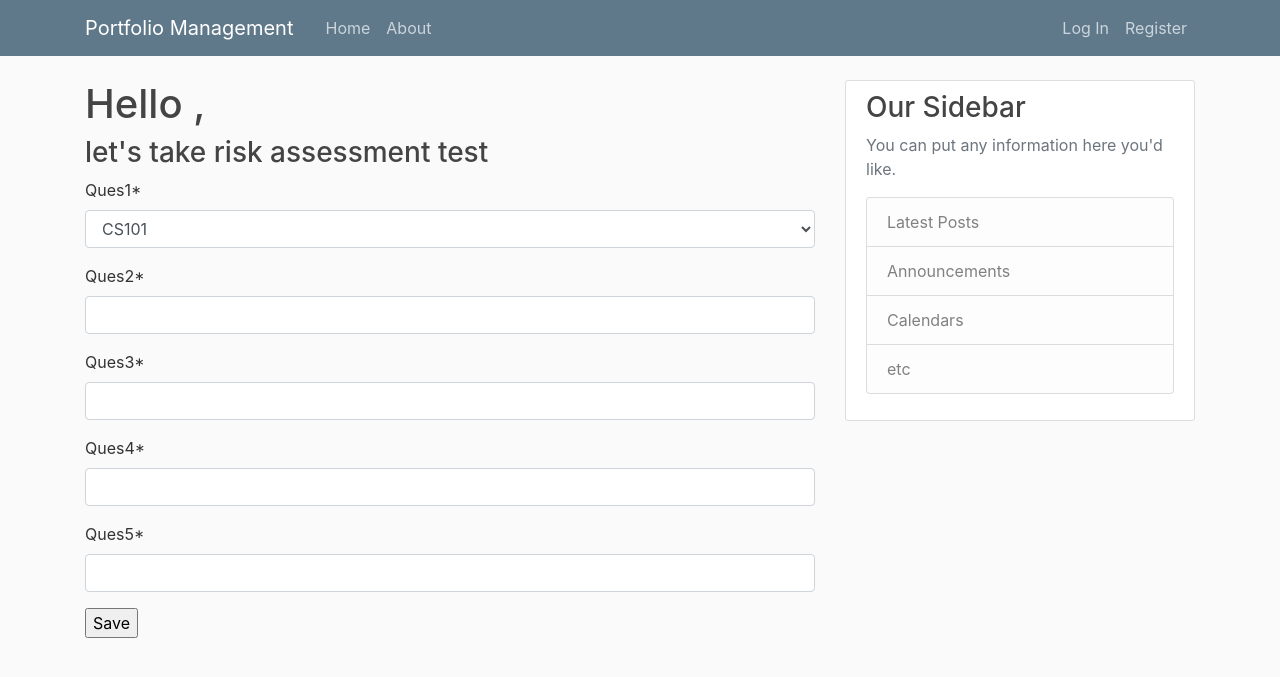
Repository: rahulsolankib/portfolio
Page: http://localhost/questions/
An editor plug-in stored every save of this project. The page is shown before and after the next save, followed by the edit.
The browser window is 1280 px wide. The pictures show the whole page.
The page is served by the project's application, run on Django 3.2 (manage.py). Other server files are loaded and not shown.

Above is the page before, as saved 2020-10-20 00:20:48.

### riskCalculator/templates/riskCalculator/questions.html
{% extends "startPage/base.html" %}
{% load crispy_forms_tags %}
{% crispy example_form %}


{% block content %}
    <h1>Hello {{user.username}},</h1>
    <h3>let's take risk assessment test</h3>
    <form method='POST'>
        {% csrf_token %}
        {{formRec | crispy}}

        <input type='submit' value="Save" />
    </form>

{% endblock content %}

### startPage/templates/startPage/base.html
{% load static %}
<!DOCTYPE html>
<html>
<head>
    <meta charset="utf-8">
    <meta name="viewport" content="width=device-width, initial-scale=1, shrink-to-fit=no">

    <!-- Bootstrap CSS -->
    <link rel="stylesheet" href="https://stackpath.bootstrapcdn.com/bootstrap/4.5.2/css/bootstrap.min.css" integrity="sha384-JcKb8q3iqJ61gNV9KGb8thSsNjpSL0n8PARn9HuZOnIxN0hoP+VmmDGMN5t9UJ0Z" crossorigin="anonymous">

    <link rel="stylesheet" type="text/css" href="{% static 'startPage/main.css' %}">
    {% if title %}
        <title>Django - {{title}}</title>
    {% else %}
        <title>Django</title>
    {% endif %}
</head>
<body>
    <header class="site-header">
        <nav class="navbar navbar-expand-md navbar-dark bg-steel fixed-top">
            <div class="container">
            <a class="navbar-brand mr-4" href="{% url 'Start-Page' %}">Portfolio Management</a>
            <button class="navbar-toggler" type="button" data-toggle="collapse" data-target="#navbarToggle" aria-controls="navbarToggle" aria-expanded="false" aria-label="Toggle navigation">
            <span class="navbar-toggler-icon"></span>
            </button>
            <div class="collapse navbar-collapse" id="navbarToggle">
                <div class="navbar-nav mr-auto">
                <a class="nav-item nav-link" href="{% url 'Start-Page' %}">Home</a>
                <a class="nav-item nav-link" href="{% url 'About-Page' %}">About</a>
                {% if user.is_authenticated %}
                    <a class="nav-item nav-link" href="{% url 'questions' %}">Risk-Assessment</a>
                {% endif%}
                </div>
                <!-- Navbar Right Side -->
                <div class="navbar-nav">
                {% if user.is_authenticated %}
                    <a class="nav-item nav-link" href="{% url 'profile' %}">@{{user.username}}</a>
                    <a class="nav-item nav-link" href="{% url 'logout' %}">Log Out</a>
                {% else %}
                    <a class="nav-item nav-link" href="{% url 'login' %}">Log In</a>
                    <a class="nav-item nav-link" href="{% url 'register' %}">Register</a>
                {% endif%}
                </div>
            </div>
            </div>
        </nav>
    </header>
    <main role="main" class="container">
        <div class="row">
            <div class="col-md-8">
                {% if messages %}
                    {% for message in messages%}
                        <div class="alert alert-{{message.tags}}">
                            {{message}}
                        </div>
                    {% endfor %}
                {% endif %}
                {% block content %}{% endblock %}
            </div>
            <div class="col-md-4">
            <div class="content-section">
                <h3>Our Sidebar</h3>
                <p class='text-muted'>You can put any information here you'd like.
                <ul class="list-group">
                    <li class="list-group-item list-group-item-light">Latest Posts</li>
                    <li class="list-group-item list-group-item-light">Announcements</li>
                    <li class="list-group-item list-group-item-light">Calendars</li>
                    <li class="list-group-item list-group-item-light">etc</li>
                </ul>
                </p>
            </div>
            </div>
        </div>
    </main>


    <script src="https://code.jquery.com/jquery-3.5.1.slim.min.js" integrity="sha384-DfXdz2htPH0lsSSs5nCTpuj/zy4C+OGpamoFVy38MVBnE+IbbVYUew+OrCXaRkfj" crossorigin="anonymous"></script>
    <script src="https://cdn.jsdelivr.net/npm/popper.js@1.16.1/dist/umd/popper.min.js" integrity="sha384-9/reFTGAW83EW2RDu2S0VKaIzap3H66lZH81PoYlFhbGU+6BZp6G7niu735Sk7lN" crossorigin="anonymous"></script>
    <script src="https://stackpath.bootstrapcdn.com/bootstrap/4.5.2/js/bootstrap.min.js" integrity="sha384-B4gt1jrGC7Jh4AgTPSdUtOBvfO8shuf57BaghqFfPlYxofvL8/KUEfYiJOMMV+rV" crossorigin="anonymous"></script>
</body>
</html>

### riskCalculator/forms.py
from django import forms

from .models import Que,RiskModel


class QForm(forms.Form):
    subject_code=(
            ('1','CS101')
            ,('2','CS102')
            ,('3','CS103')
            ,('4','CS104')
            ,('5','CS105')
            ,('6','CS106')
    )

    ques1 = forms.TypedChoiceField(choices=subject_code, coerce=int, initial=1)
    ques2 = forms.CharField()
    ques3 = forms.CharField()
    ques4 = forms.CharField()
    ques5 = forms.CharField()


class QueForm(forms.ModelForm):
    class Meta:
        model = Que
        fields = ['ques1','ques2','ques3','ques4','ques5']


class RiskForm(forms.ModelForm):
    class Meta:
        model = RiskModel
        fields = ['userid','risk_score']

### riskCalculator/models.py
from django.db import models
# from user.forms import User

# Create your models here.
class Que(models.Model):
    ques1 = models.CharField(max_length=120)
    ques2 = models.CharField(max_length=120)
    ques3 = models.CharField(max_length=120)
    ques4 = models.CharField(max_length=120)
    ques5 = models.CharField(max_length=120)

class RiskModel(models.Model):
    userid = models.IntegerField(unique=True)
    risk_score = models.DecimalField(
                         max_digits = 5,
                         decimal_places = 2)

### riskCalculator/views.py
from django.shortcuts import render
from .forms import QueForm,RiskForm,QForm

from .models import RiskModel

def questions(request):
    formRec = QForm(request.POST or None)
    context = {
        'formRec': formRec
    }
    userid = request.user.id


    data = {'userid' : userid, 'risk_score':32}
    form = RiskForm(data)
    if form.is_valid():
        profile = form.save(commit = True)
        profile.user = request.user
        profile.save()

    return render(request,'riskCalculator/questions.html',context)

### portfolio/urls.py
"""portfolio URL Configuration

The `urlpatterns` list routes URLs to views. For more information please see:
    https://docs.djangoproject.com/en/3.1/topics/http/urls/
Examples:
Function views
    1. Add an import:  from my_app import views
    2. Add a URL to urlpatterns:  path('', views.home, name='home')
Class-based views
    1. Add an import:  from other_app.views import Home
    2. Add a URL to urlpatterns:  path('', Home.as_view(), name='home')
Including another URLconf
    1. Import the include() function: from django.urls import include, path
    2. Add a URL to urlpatterns:  path('blog/', include('blog.urls'))
"""
from django.contrib import admin
from django.contrib.auth import views as auth_views
from django.urls import path,include
from user import views as user_views
from riskCalculator import views as riskCalculator_views

urlpatterns = [
    path('admin/', admin.site.urls),
    path('register/',user_views.register,name='register'),
    path('profile/',user_views.profile,name='profile'),
    path('',include('startPage.urls')),
    path('login/',auth_views.LoginView.as_view(template_name="user/login.html"),name='login'),
    path('logout/',auth_views.LogoutView.as_view(template_name="user/logout.html"),name='logout'),
    path('questions/',riskCalculator_views.questions,name='questions')
]

### startPage/urls.py
from django.urls import path
from . import views

urlpatterns = [
    path('', views.home,name="Start-Page"),
    path('about/', views.about,name="About-Page"),
]

### startPage/static/startPage/main.css
body {
    background: #fafafa;
    color: #333333;
    margin-top: 5rem;
  }

  h1, h2, h3, h4, h5, h6 {
    color: #444444;
  }

  ul {
    margin: 0;
  }

  .bg-steel {
    background-color: #5f788a;
  }

  .site-header .navbar-nav .nav-link {
    color: #cbd5db;
  }

  .site-header .navbar-nav .nav-link:hover {
    color: #ffffff;
  }

  .site-header .navbar-nav .nav-link.active {
    font-weight: 500;
  }

  .content-section {
    background: #ffffff;
    padding: 10px 20px;
    border: 1px solid #dddddd;
    border-radius: 3px;
    margin-bottom: 20px;
  }

  .article-title {
    color: #444444;
  }

  a.article-title:hover {
    color: #428bca;
    text-decoration: none;
  }

  .article-content {
    white-space: pre-line;
  }

  .article-img {
    height: 65px;
    width: 65px;
    margin-right: 16px;
  }

  .article-metadata {
    padding-bottom: 1px;
    margin-bottom: 4px;
    border-bottom: 1px solid #e3e3e3
  }

  .article-metadata a:hover {
    color: #333;
    text-decoration: none;
  }

  .article-svg {
    width: 25px;
    height: 25px;
    vertical-align: middle;
  }

  .account-img {
    height: 125px;
    width: 125px;
    margin-right: 20px;
    margin-bottom: 16px;
  }

  .account-heading {
    font-size: 2.5rem;
  }

After the next save:
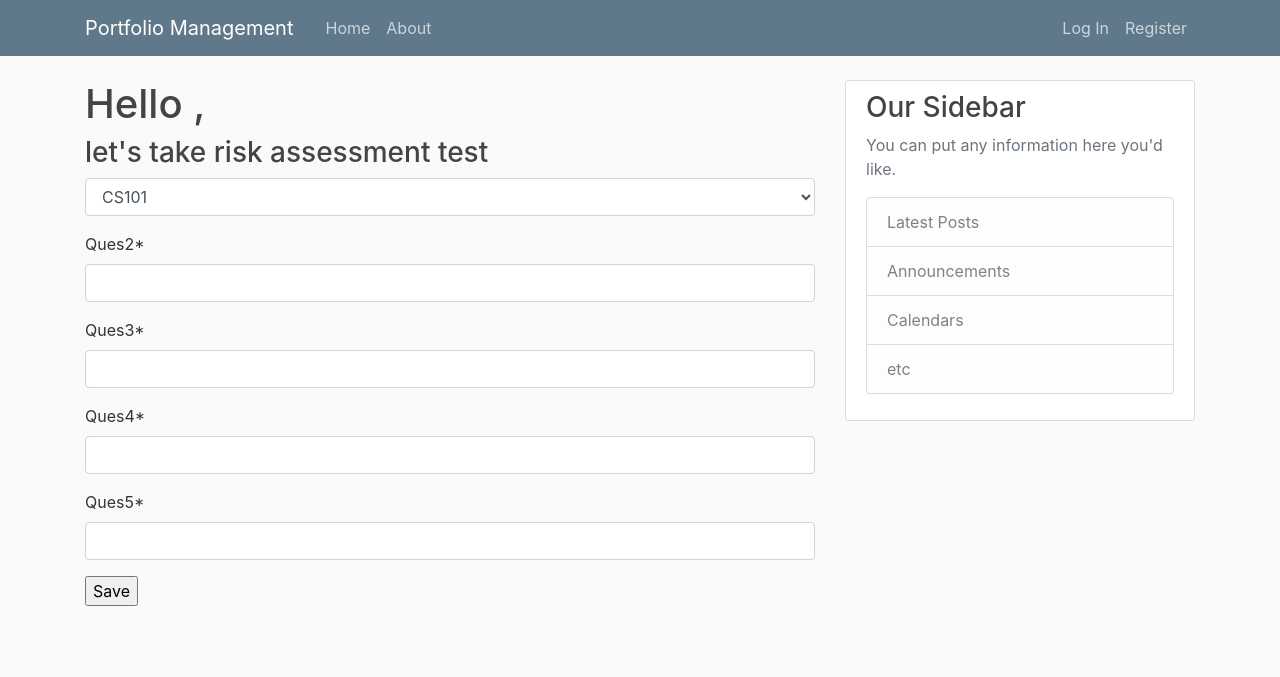
Saved 41 s later.
--- a/riskCalculator/forms.py
+++ b/riskCalculator/forms.py
@@ -13,7 +13,7 @@
             ,('6','CS106')
     )
 
-    ques1 = forms.TypedChoiceField(choices=subject_code, coerce=int, initial=1)
+    ques1 = forms.TypedChoiceField(label='',choices=subject_code, coerce=int, initial=1)
     ques2 = forms.CharField()
     ques3 = forms.CharField()
     ques4 = forms.CharField()

After the save that followed:
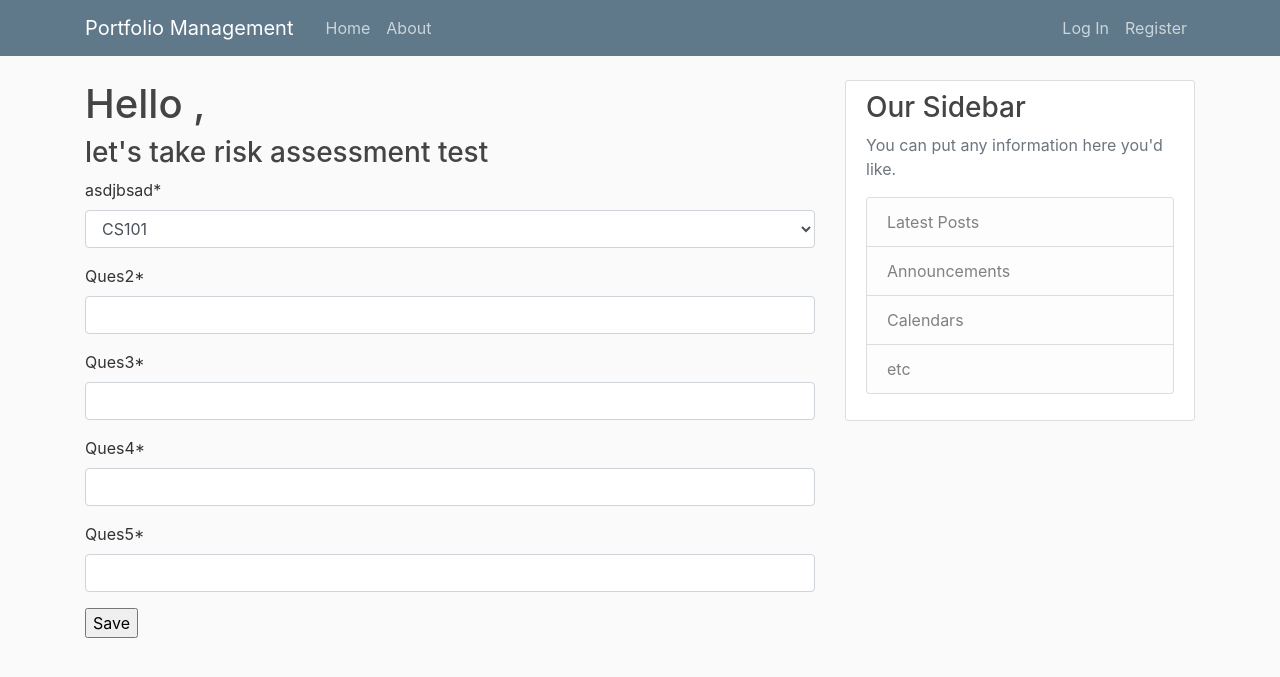
Saved 17 s later.
--- a/riskCalculator/forms.py
+++ b/riskCalculator/forms.py
@@ -13,7 +13,7 @@
             ,('6','CS106')
     )
 
-    ques1 = forms.TypedChoiceField(label='',choices=subject_code, coerce=int, initial=1)
+    ques1 = forms.TypedChoiceField(label='asdjbsad',choices=subject_code, coerce=int, initial=1)
     ques2 = forms.CharField()
     ques3 = forms.CharField()
     ques4 = forms.CharField()
